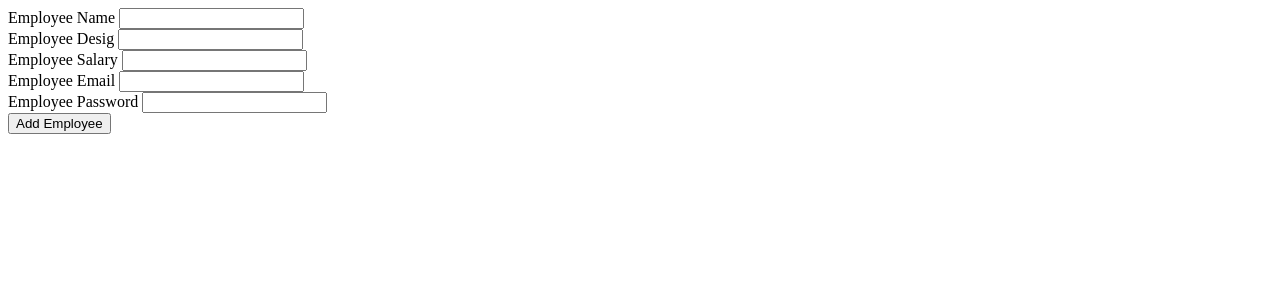
Repository: mohanraj2593/Spring
Page: http://localhost/Crud3/addEmployee.jsp
The author's editor kept a copy of each file at every save. The page is drawn from the files as they stood at one save, then again after the next save.
The browser window is 1280 px wide. The pictures show the whole page.
The page is served by Tomcat 10.

Above is the page before, as saved 2024-10-19 14:10:43.

After the next save:
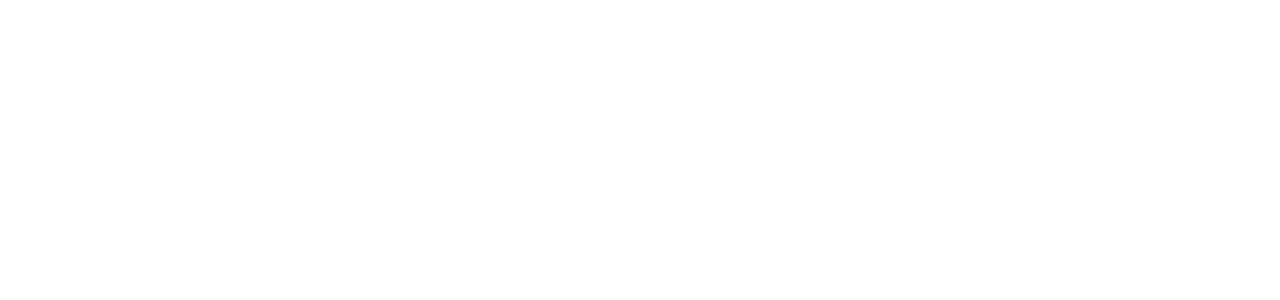
Saved 57 s later.
--- a/Crud3/src/main/webapp/addEmployee.jsp
+++ b/Crud3/src/main/webapp/addEmployee.jsp
@@ -5,15 +5,3 @@
 <head>
 <meta charset="UTF-8">
 <title>Insert title here</title>
-</head>
-<body>
-<form>
-Employee Name <input type="text" name="empname"><br>
-Employee Desig <input type="text" name="desig"><br>
-Employee Salary <input type="number" name="salary"><br>
-Employee Email <input type="text" name="email"><br>
-Employee Password <input type="password" name="password"><br>
-<input type="submit" value="Add Employee">
-</form>
-</body>
-</html>

After the save that followed:
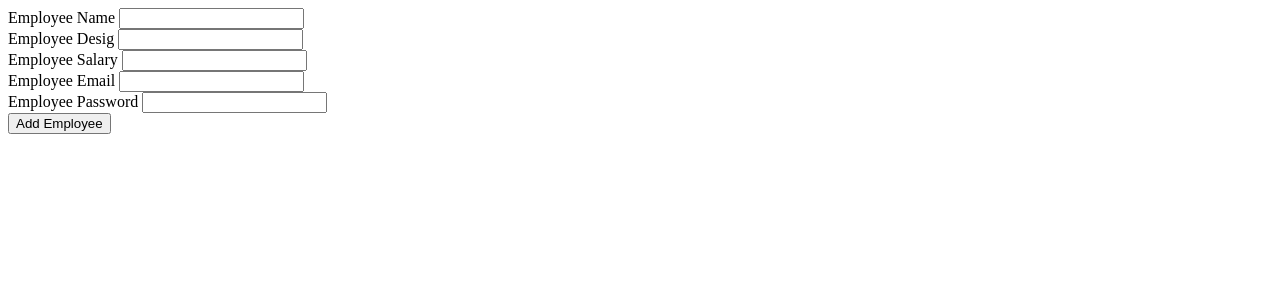
Saved 5 s later.
--- a/Crud3/src/main/webapp/addEmployee.jsp
+++ b/Crud3/src/main/webapp/addEmployee.jsp
@@ -5,3 +5,15 @@
 <head>
 <meta charset="UTF-8">
 <title>Insert title here</title>
+</head>
+<body>
+<form>
+Employee Name <input type="text" name="empname"><br>
+Employee Desig <input type="text" name="desig"><br>
+Employee Salary <input type="number" name="salary"><br>
+Employee Email <input type="text" name="email"><br>
+Employee Password <input type="password" name="password"><br>
+<input type="submit" value="Add Employee">
+</form>
+</body>
+</html>
